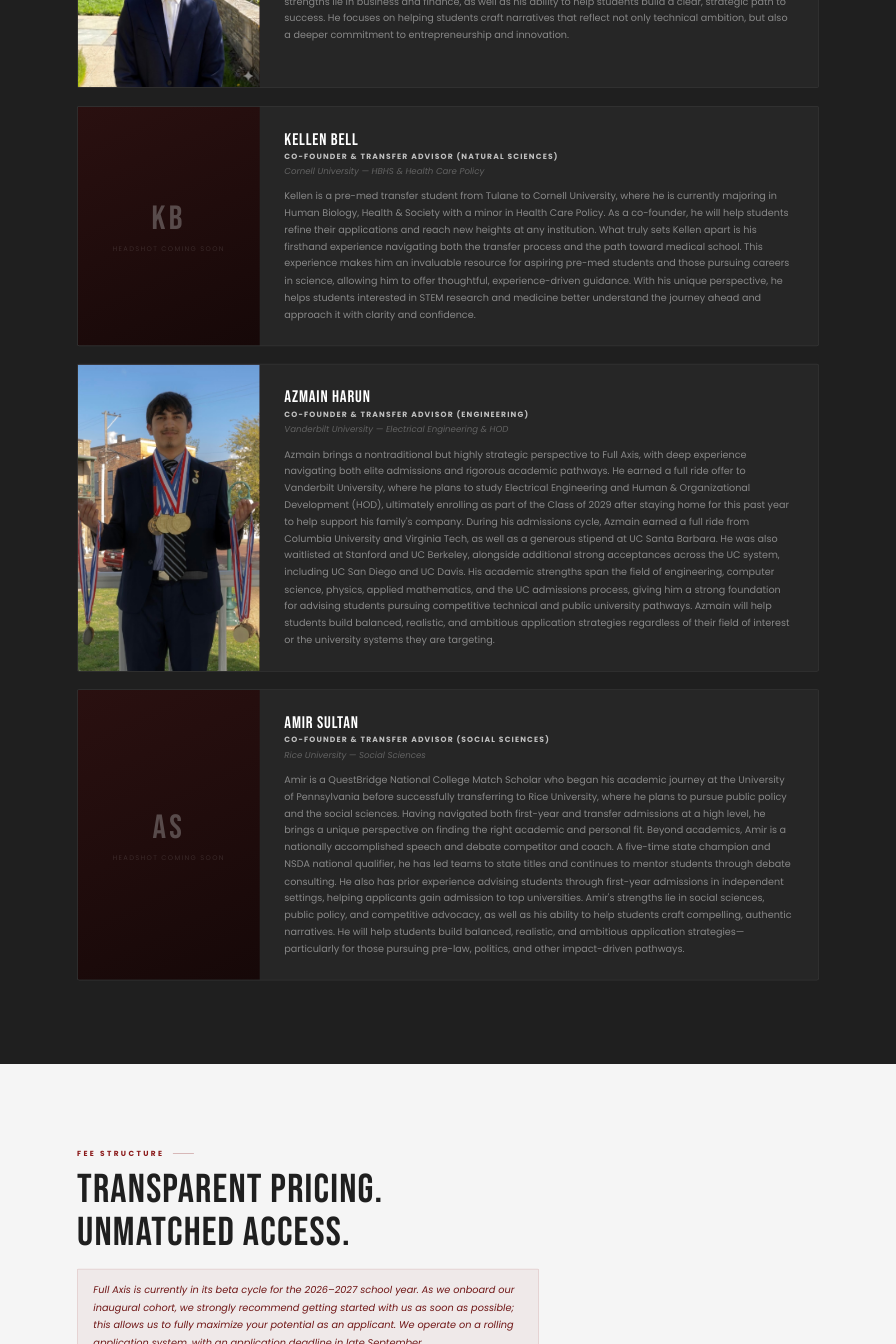
Repository: epeguero8311/cesar
Page: index.html
An editor plug-in stored every save of this project. The page is shown before and after the next save, followed by the edit.
The browser window is 1280 px wide. The pictures show the part of the page from y = 2581 to 4501 px (the page is 7453 px tall), at 70% of full size.

Above is the page before, as saved 2026-04-30 17:48:24.

After the next save:
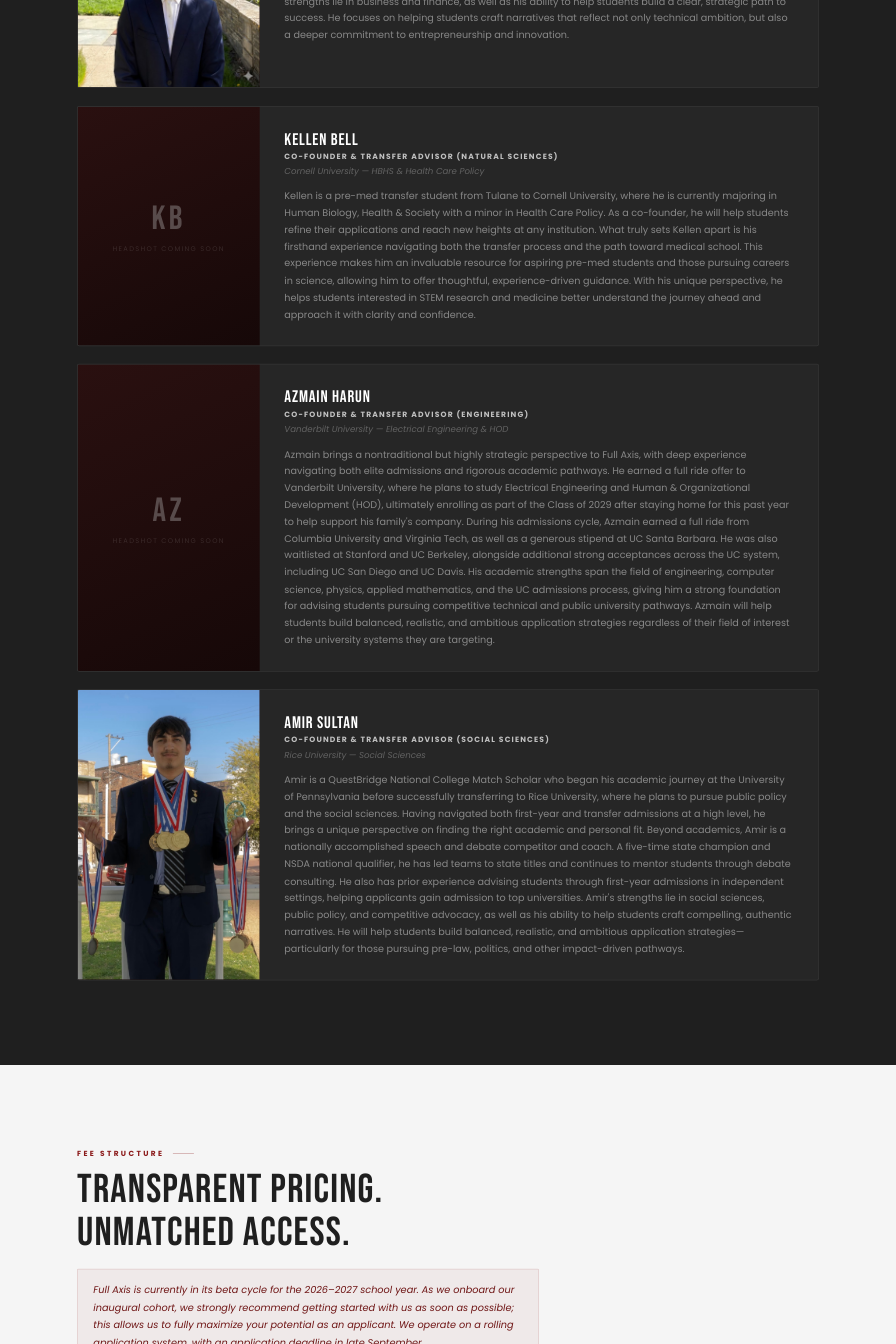
Saved 10 min 18 s later.
--- a/index.html
+++ b/index.html
@@ -125,7 +125,7 @@
       <!-- Azmain -->
       <div class="team-card reveal d3">
         <div class="team-photo">
-          <img src="headshots/IMG_4781.jpg" alt="Azmain" class="team-headshot" />
+          <div class="team-photo-ph"><div class="team-initials">AZ</div><div class="photo-hint">Headshot coming soon</div></div>
         </div>
         <div class="team-info">
           <div class="team-name">Azmain Harun</div>
@@ -141,7 +141,7 @@ His academic strengths span the field of engineering, computer science, physics,
       <!-- Amir -->
       <div class="team-card reveal d4">
         <div class="team-photo">
-          <div class="team-photo-ph"><div class="team-initials">AS</div><div class="photo-hint">Headshot coming soon</div></div>
+          <img src="headshots/IMG_4781.jpg" alt="Amir" class="team-headshot" />
         </div>
         <div class="team-info">
           <div class="team-name">Amir Sultan</div>
